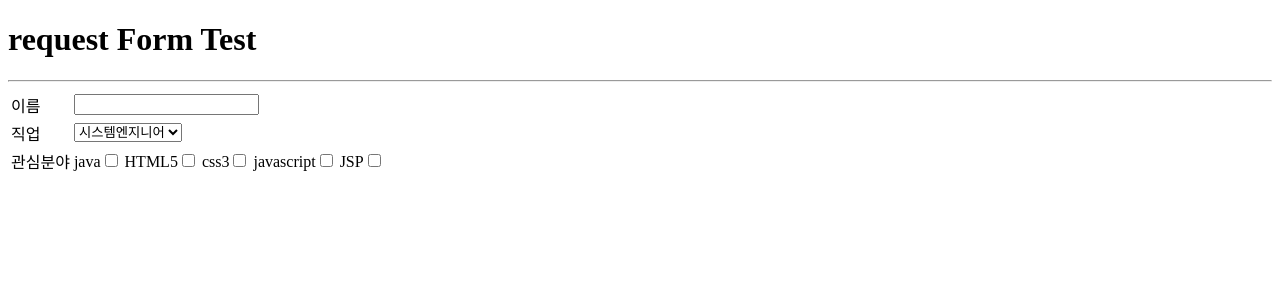
Repository: hhw9797/bitcampjn201904
Page: http://localhost/FirstWeb/request/form2.jsp
An editor plug-in stored every save of this project. The page is shown before and after the next save, followed by the edit.
The browser window is 1280 px wide. The pictures show the whole page.
The page is served by Tomcat 9. Other server files are loaded and not shown.

Above is the page before, as saved 2019-06-21 02:43:34.

### html/html5/jsp/FirstWeb/WebContent/request/form2.jsp
<%@ page language="java" contentType="text/html; charset=UTF-8"
    pageEncoding="UTF-8"%>
<!DOCTYPE html>
<html>
<head>
<meta charset="UTF-8">
<title>Insert title here</title>
<script src="https://code.jquery.com/jquery-1.12.4.js"></script>
<style>

</style>
</head>
<body>

<h1> request Form Test </h1>
<hr>
<table>
	<tr>
		<td>이름</td>
		<td><input type="text" name="uName"></td>
	</tr>

	<tr>
		<td>직업</td>
		<td>
			<select name="job">
				<option>시스템엔지니어</option>
				<option>프로그래머</option>
				<option>그래픽디자이너</option>
				<option>QA</option>
			</select>
		</td>
	</tr>

	<tr>
		<td>관심분야</td>
		<td>
			java<input type="checkbox" value="jvav" name="favor">
			HTML5<input type="checkbox" value="HTML5" name="favor">
			css3<input type="checkbox" value="css3" name="favor">
			javascript<input type="checkbox" value="javascript" name="favor">
			JSP<input type="checkbox" value="JSP" name="favor">
		</td>
	</tr>

	<tr>
		<td></td>
		<td></td>
	</tr>
</table>
</body>
</html>

After the next save:
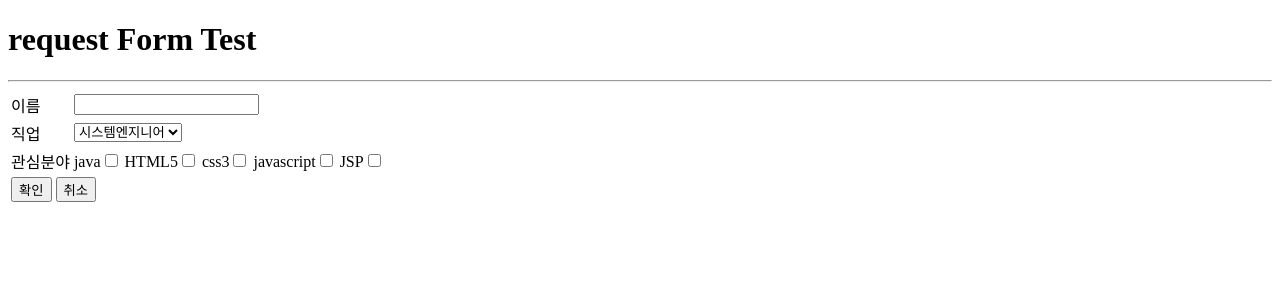
Saved 117 s later.
--- a/html/html5/jsp/FirstWeb/WebContent/request/form2.jsp
+++ b/html/html5/jsp/FirstWeb/WebContent/request/form2.jsp
@@ -44,8 +44,10 @@
 	</tr>
 
 	<tr>
-		<td></td>
-		<td></td>
+		<td colspan="2">
+			<input type="submit" value="확인">
+			<input type="reset" value="취소">
+		</td>
 	</tr>
 </table>
 </body>
